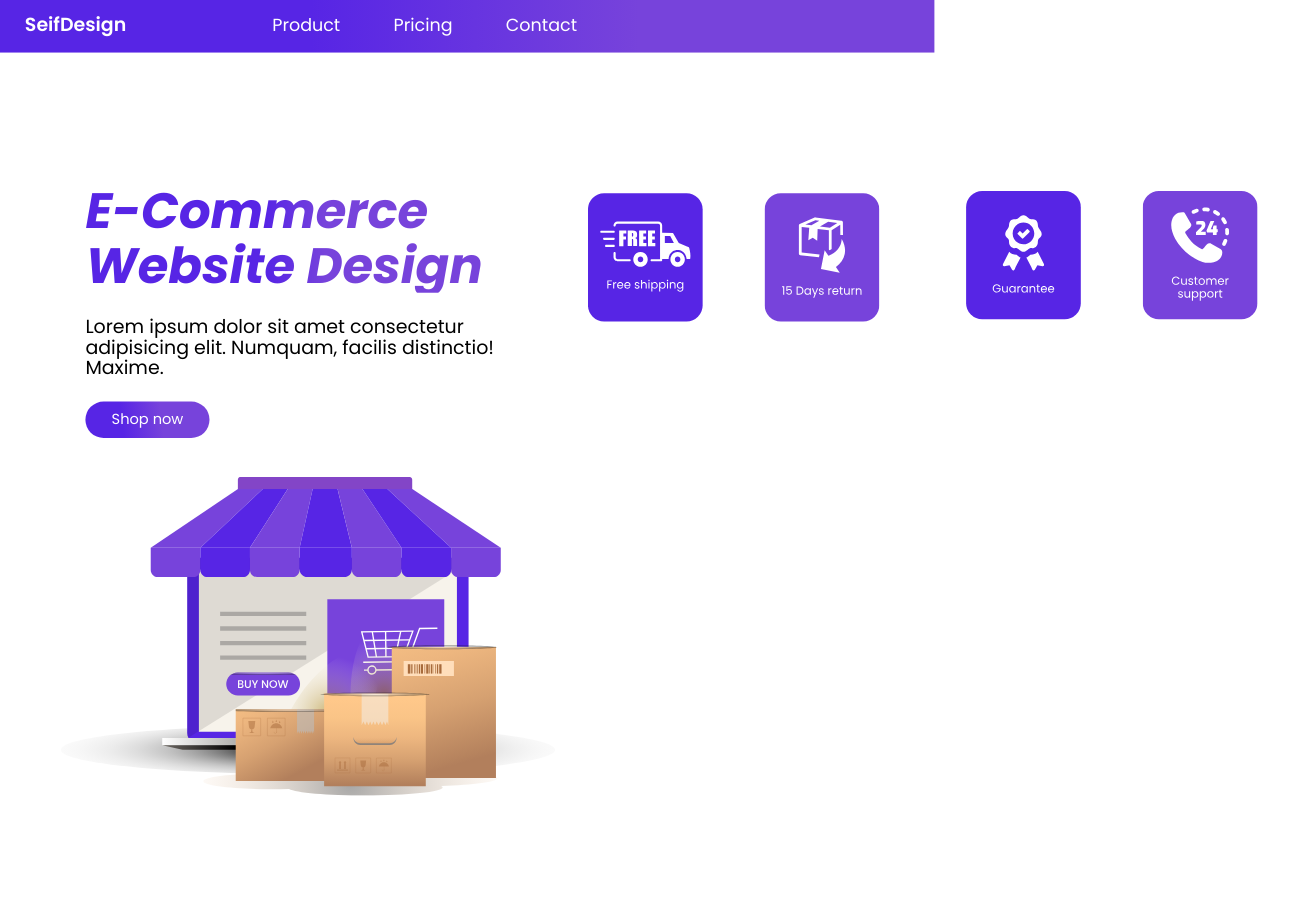
Repository: NatiqSamiyev/commers-desing-JS
Page: index.html
The author's editor kept a copy of each file at every save. The page is drawn from the files as they stood at one save, then again after a run of saves.
The browser window is 1280 px wide. The page is 1797 px wide, then 1280 px, so the pictures cover 1797 px, including what lies to the right of the window. The pictures show the whole page, at 73% of full size.
Some web fonts or font styles are not loaded; a fallback is used.

Above is the page before, as saved 2023-11-06 11:30:04.

After the next 2 saves:
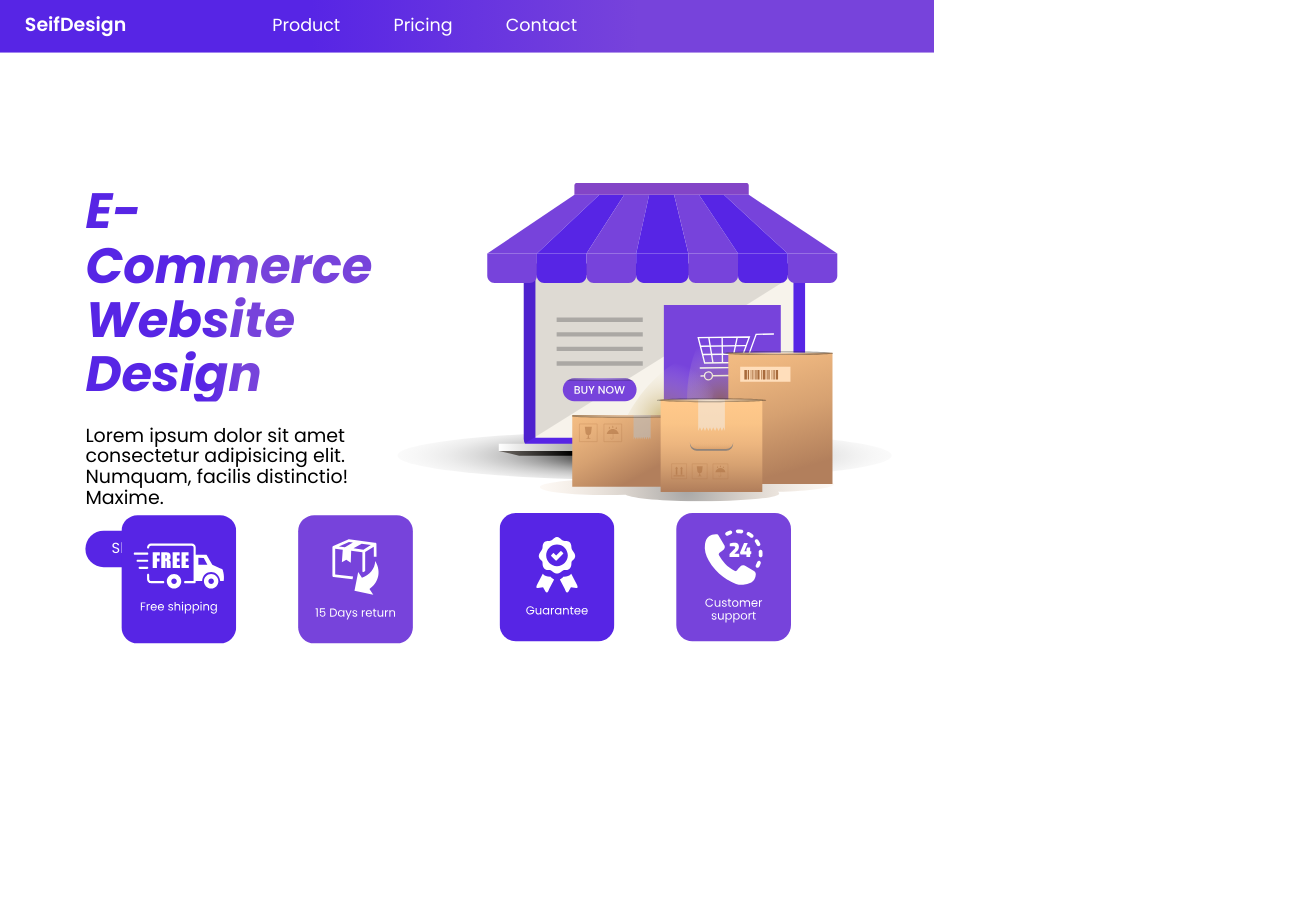
The 2 saves are shown as one change because they came seconds apart.
The last was saved 6 s later.
--- a/index.css
+++ b/index.css
@@ -64,11 +64,11 @@ main {
   margin-bottom: 24px;
   width: 100%;
   padding: 80px 83px;
+
+}
+main .image-container{
   display: flex;
   justify-content: space-between;
-}
-main .image-container{
-
 }
 
  .box-1 {
